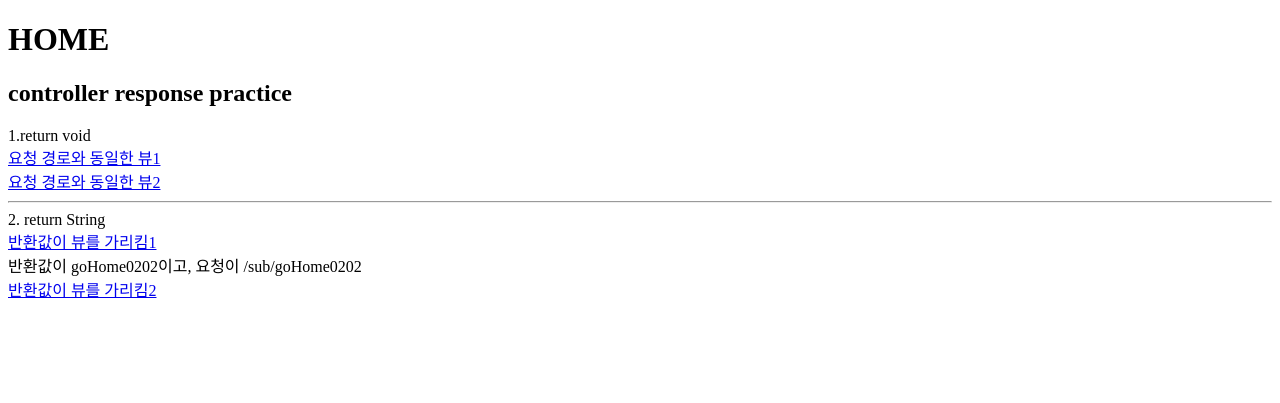
Repository: Ahndaegeun/DDIT_Spring_Study
Page: http://localhost/springProj/WEB-INF/views/home.jsp
The author's editor kept a copy of each file at every save. The page is drawn from the files as they stood at one save, then again after the next save.
The browser window is 1280 px wide. The pictures show the whole page.
The page is served by Tomcat 9. Nobody is signed in. The template is opened directly, without the code that normally fills it, so the values that code supplies are empty.

Above is the page before, as saved 2021-10-29 05:42:51.

After the next save:
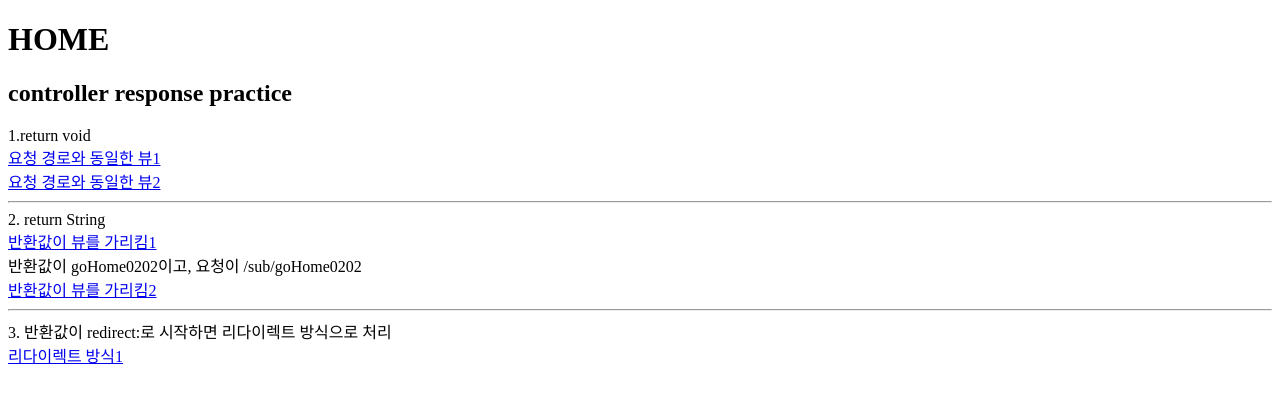
Saved 8 min 37 s later.
--- a/springProj/src/main/webapp/WEB-INF/views/home.jsp
+++ b/springProj/src/main/webapp/WEB-INF/views/home.jsp
@@ -18,5 +18,8 @@
 <a href="/goHome0201">반환값이 뷰를 가리킴1</a><br>
 반환값이 goHome0202이고, 요청이 /sub/goHome0202<br>
 <a href="/sub/goHome0202">반환값이 뷰를 가리킴2</a>
+<hr>
+3. 반환값이 redirect:로 시작하면 리다이렉트 방식으로 처리<br>
+<a href="goHome0204">리다이렉트 방식1</a>
 </body>
 </html>
